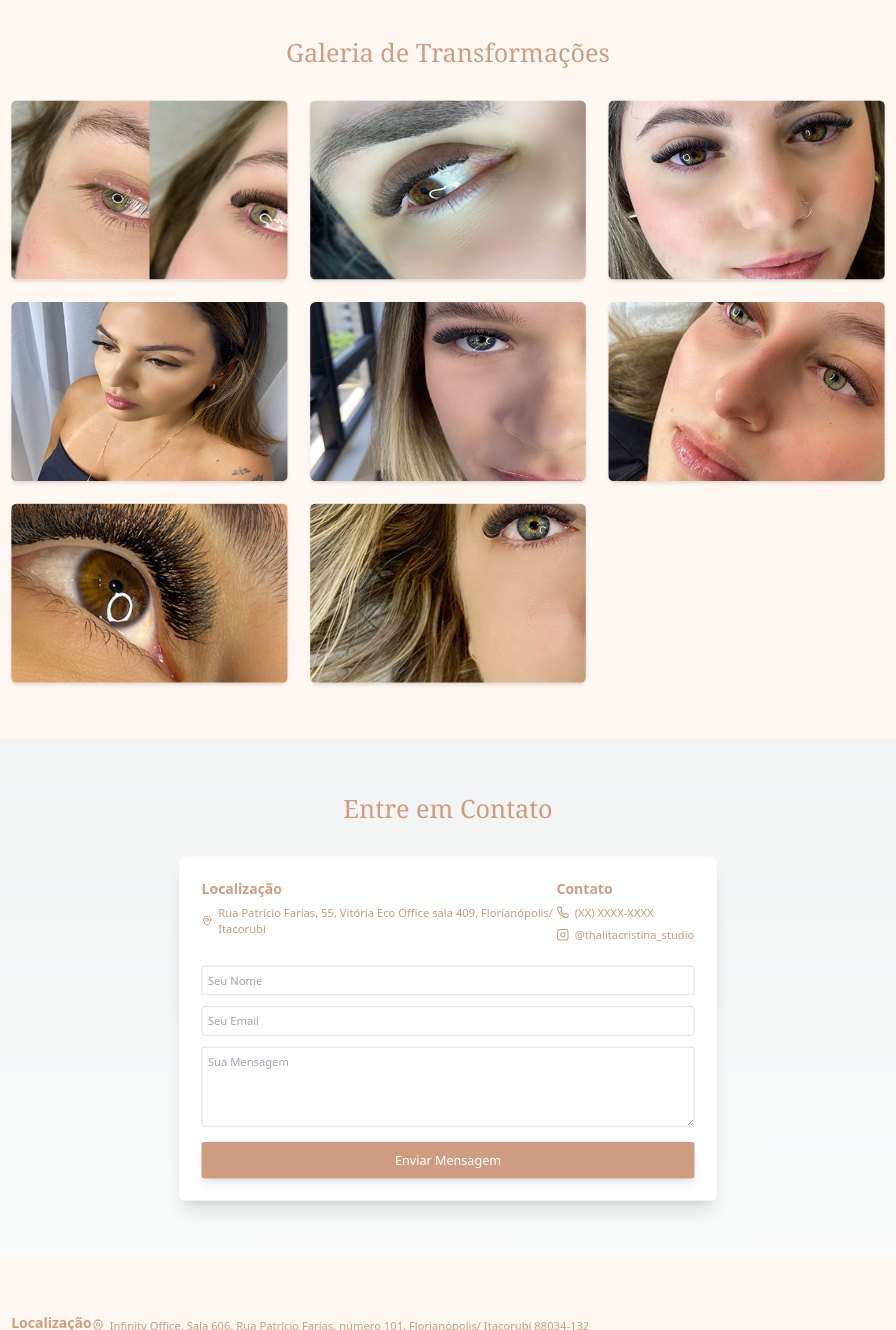
Repository: fhoinaski/thalitapage
Page: /
An editor plug-in stored every save of this project. The page is shown before and after the next save, followed by the edit.
The browser window is 1280 px wide. The pictures show the part of the page from y = 2069 to 3969 px (the page is 4548 px tall), at 70% of full size.
Pictures or frames that could not be fetched are drawn as grey boxes. The project was rebuilt for these pictures with package versions that can differ from the ones it lists, and the page was loaded fresh each time. The framework's server and built-in components were replaced by stand-ins that run in the browser. Also part of the build but not shown: next.config.mjs.

Above is the page before, as saved 2024-07-01 00:49:54.

After the next save:
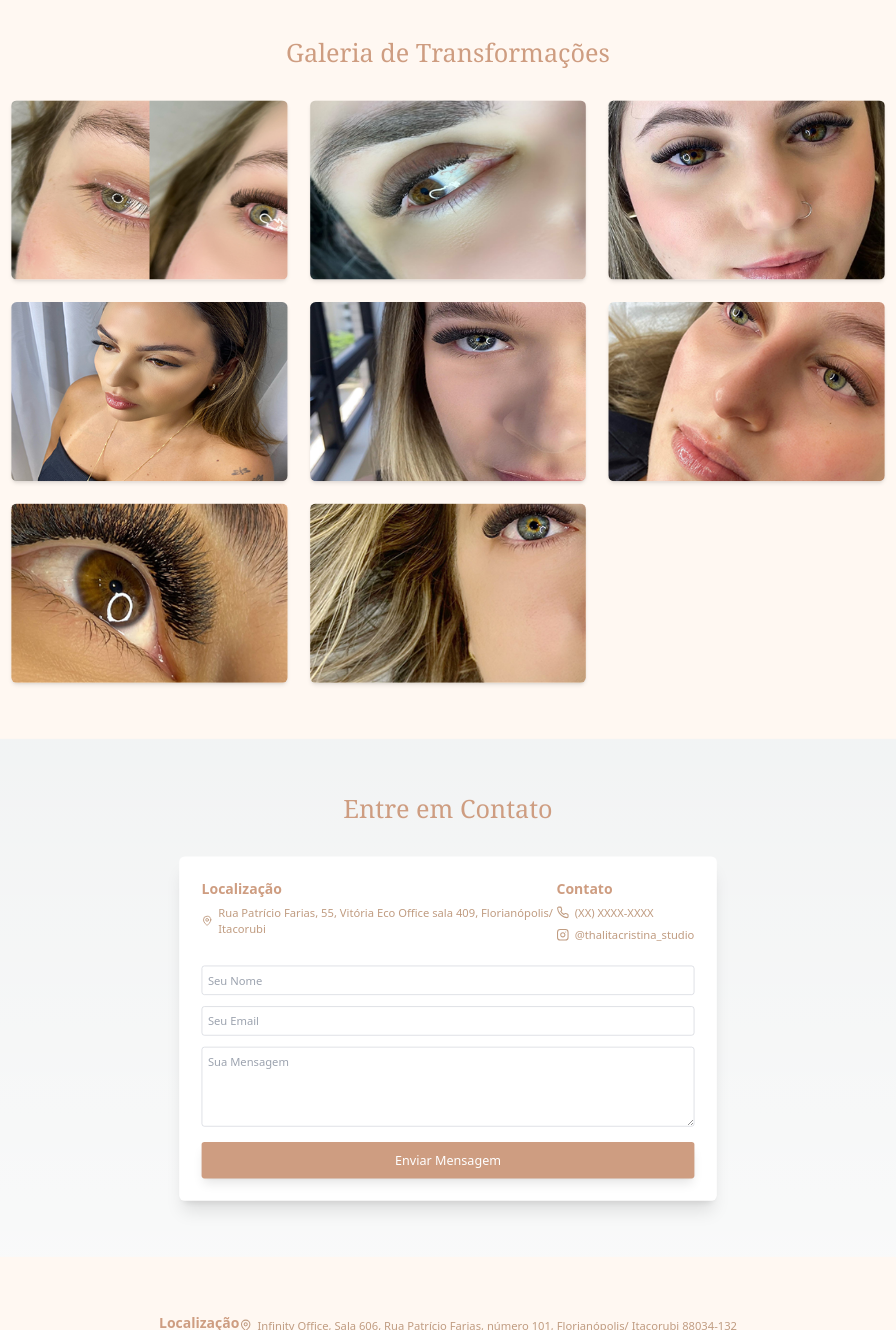
Saved 5 s later.
--- a/src/components/AddresMap.js
+++ b/src/components/AddresMap.js
@@ -46,7 +46,7 @@ const AddressMap = () => {
     viewport={{ once: true }}
   >
     <div className="container mx-auto px-4">
-    <div className="mb-6 md:mb-0 flex ">
+    <div className="mb-6 md:mb-0 flex justify-center w-full ">
             <h3
               className="text-xl font-semibold mb-2"
               style={{ color: colors.secondary }}
